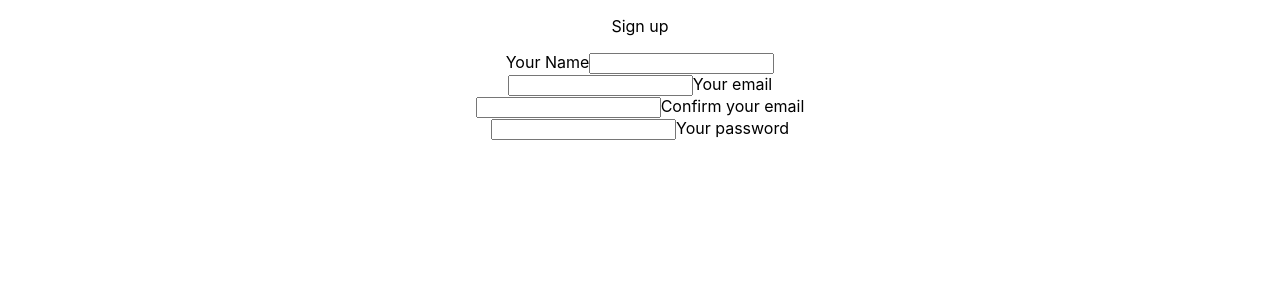
Repository: Rubin78/loginform
Page: /
An editor plug-in stored every save of this project. The page is shown before and after a run of saves, followed by the edit.
The browser window is 1280 px wide. The pictures show the whole page.
The project was rebuilt for these pictures with package versions that can differ from the ones it lists, and the page was loaded fresh each time. Also part of the build but not shown: src/loginform/loginform.js.

Above is the page before, as saved 2021-02-12 13:46:03.

After the next 2 saves:
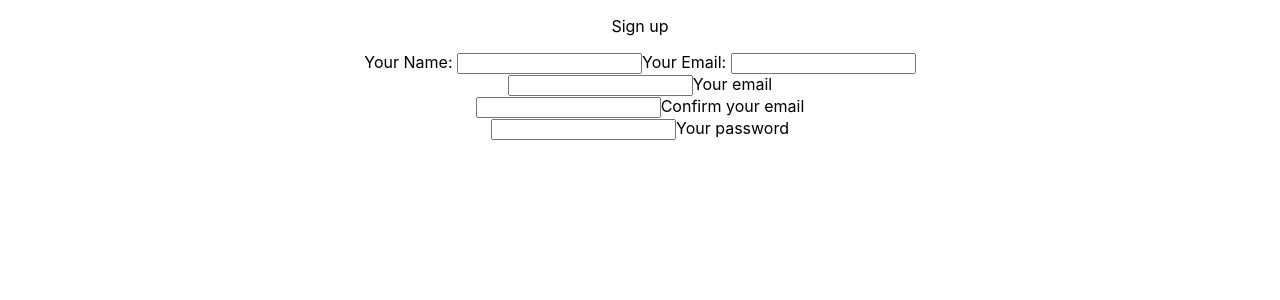
The 2 saves are shown as one change because they came seconds apart.
The last was saved 31 s later.
--- a/src/loginform/signupform.js
+++ b/src/loginform/signupform.js
@@ -11,10 +11,21 @@ const FormPage = () => {
           <form>
             <p className="h5 text-center mb-4">Sign up</p>
             <div className="grey-text">
-            <label for="yourName">Your Name</label>
+            <label for="yourName">Your Name: </label>
               <input
                 label="Your name"
                 id="yourName"
+                // icon="user"
+                // group
+                type="text"
+                // validate
+                // error="wrong"
+                // success="right"
+              />
+            <label for="yourEmail">Your Email: </label>
+              <input
+                label="Your name"
+                id="yourEmail"
                 // icon="user"
                 // group
                 type="text"
